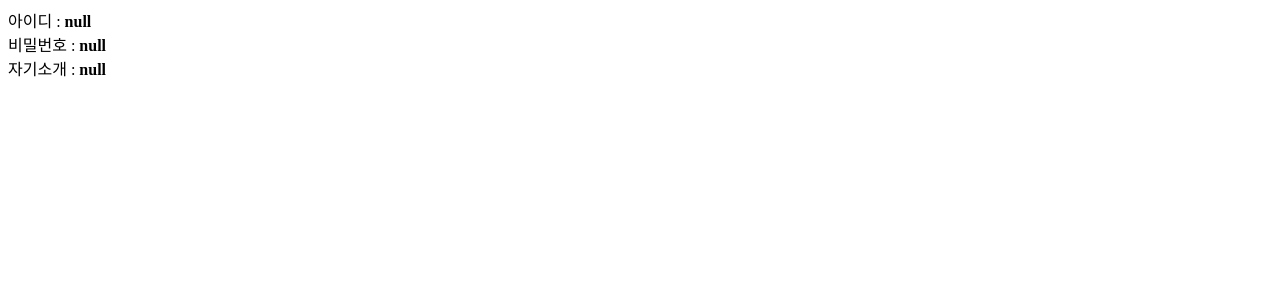
Repository: hanbeen03/javabasic
Page: http://localhost/JSPBasic/01-request/req_param_getpost.jsp
The author's editor kept a copy of each file at every save. The page is drawn from the files as they stood at one save, then again after the next save.
The browser window is 1280 px wide. The pictures show the whole page.
The page is served by Tomcat 9.

Above is the page before, as saved 2021-07-30 05:26:52.

After the next save:
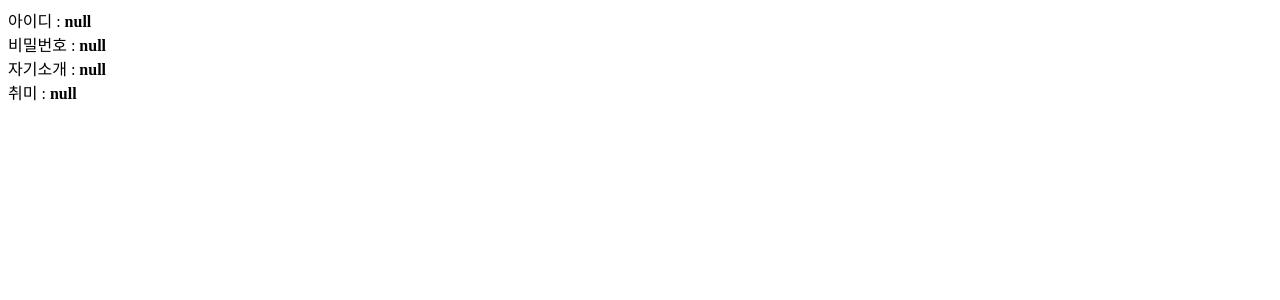
Saved 105 s later.
--- a/JSPBasic/WebContent/01-request/req_param_getpost.jsp
+++ b/JSPBasic/WebContent/01-request/req_param_getpost.jsp
@@ -8,6 +8,7 @@
 	//name="banana" 에서 던져진 데이터를 받기 위해서는
 	String pw = request.getParameter("banana");
 	String intro = request.getParameter("introduction");
+	String hobby = request.getParameter("hobby");
 %>
 <!DOCTYPE html>
 <html>
@@ -19,5 +20,6 @@
 	아이디 : <b><%= id %></b><br/>
 	비밀번호 : <b><%= pw %></b><br/>
 	자기소개 : <b><%= intro %></b><br/>
+	취미 : <b><%= hobby %></b><br/>
 </body>
 </html>
